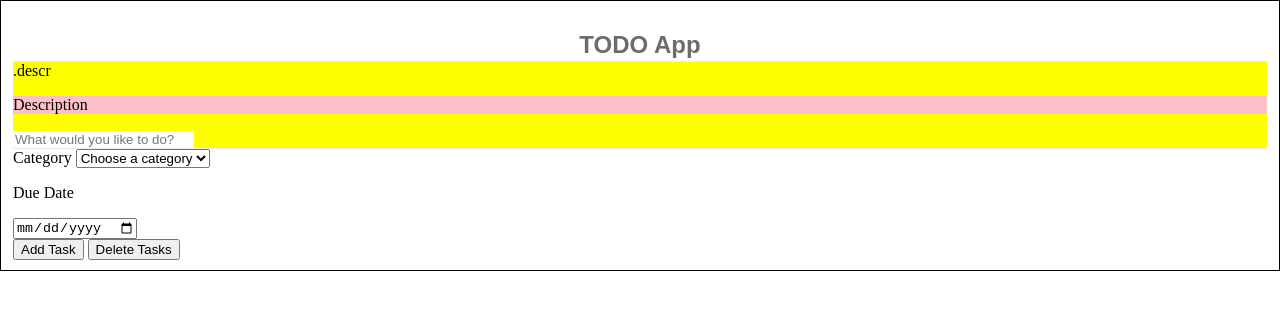
Repository: king-slayer97/TODO-App
Page: http://localhost/
An editor plug-in stored every save of this project. The page is shown before and after the next save, followed by the edit.
The browser window is 1280 px wide. The pictures show the whole page.
The page is served by the project's Node server (index.js).

Above is the page before, as saved 2022-08-15 14:06:14.

After the next save:
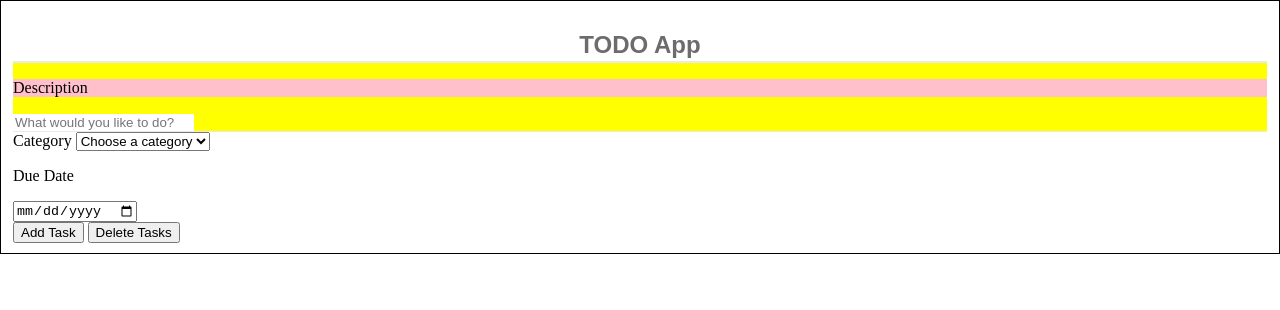
Saved 4 s later.
--- a/views/home.ejs
+++ b/views/home.ejs
@@ -15,7 +15,7 @@
             <h2>TODO App</h2>
         </div>
         <div class="description">
-            .descr
+            <div class="description"></div>
             <p>Description</p>
             <input type="text" placeholder="What would you like to do?">
         </div>
